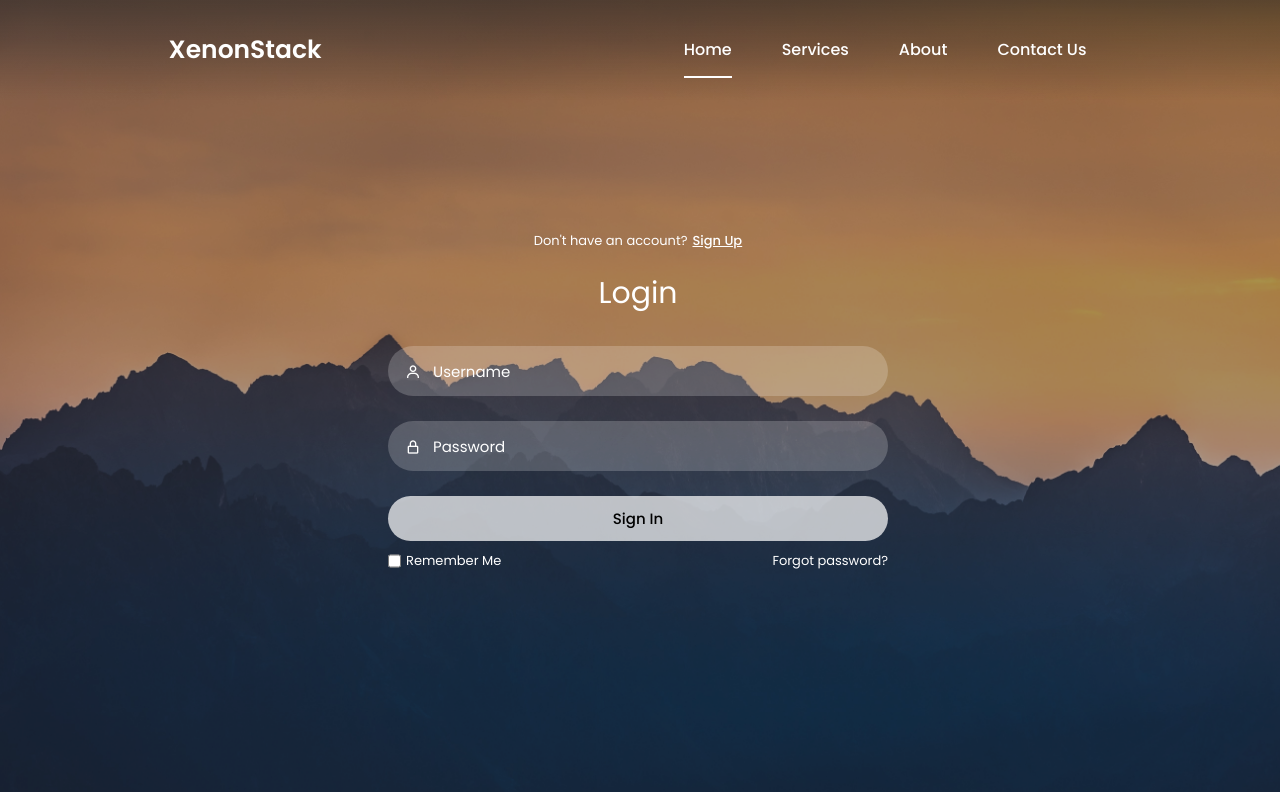
Repository: Abhikumar9061/Round2
Page: index.html
The author's editor kept a copy of each file at every save. The page is drawn from the files as they stood at one save, then again after the next save.
The browser window is 1280 px wide. The pictures show the whole page.
Backgrounds fixed to the window are drawn as part of the page.

Above is the page before, as saved 2024-01-10 12:38:07.

### index.html
<!DOCTYPE html>
<html lang="en">
  <head>
    <meta charset="UTF-8" />
    <meta http-equiv="X-UA-Compatible" content="IE=edge" />
    <meta name="viewport" content="width=device-width, initial-scale=1.0" />
    <link
      href="https://unpkg.com/boxicons@2.1.4/css/boxicons.min.css"
      rel="stylesheet"
    />
    <link rel="stylesheet" href="/style.css" />
    <title>Technical Round | Login & Registration</title>
  </head>
  <body>
    <div class="wrapper">
      <nav class="nav">
        <div class="nav-logo">
          <p>XenonStack</p>
        </div>
        <div class="nav-menu" id="navMenu">
          <ul>
            <li><a href="#" class="link active">Home</a></li>
            <li><a href="#" class="link">Services</a></li>
            <li><a href="#" class="link">About</a></li>
            <li><a href="#" class="link">Contact Us</a></li>
          </ul>
        </div>
        <!-- Rest of the navigation content remains the same -->
      </nav>

      <div class="form-box">
        <div class="login-container" id="login">
          <div class="top">
            <span
              >Don't have an account?
              <a href="#" onclick="register()">Sign Up</a></span
            >
            <header>Login</header>
          </div>
          <form action="/login" method="POST">
            <div class="input-box">
              <input
                type="text"
                class="input-field"
                placeholder="Username"
                name="username"
              />
              <i class="bx bx-user"></i>
            </div>
            <div class="input-box">
              <input
                type="password"
                class="input-field"
                placeholder="Password"
                name="password"
              />
              <i class="bx bx-lock-alt"></i>
            </div>
            <div class="input-box">
              <input type="submit" class="submit" value="Sign In" />
            </div>
          </form>
          <div class="two-col">
            <div class="one">
              <input type="checkbox" id="login-check" />
              <label for="login-check"> Remember Me</label>
            </div>
            <div class="two">
              <label><a href="#">Forgot password?</a></label>
            </div>
          </div>
        </div>

        <div class="register-container" id="register">
          <div class="top">
            <span
              >Have an account? <a href="#" onclick="login()">Login</a></span
            >
            <header>Sign Up</header>
          </div>
          <form action="/register" method="POST">
            <div class="two-forms">
              <div class="input-box">
                <input
                  type="text"
                  class="input-field"
                  placeholder="Firstname"
                  name="firstname"
                />
                <i class="bx bx-user"></i>
              </div>
              <div class="input-box">
                <input
                  type="text"
                  class="input-field"
                  placeholder="Lastname"
                  name="lastname"
                />
                <i class="bx bx-user"></i>
              </div>
            </div>
            <div class="input-box">
              <input
                type="text"
                class="input-field"
                placeholder="Email"
                name="email"
              />
              <i class="bx bx-envelope"></i>
            </div>
            <div class="input-box">
              <input
                type="password"
                class="input-field"
                placeholder="Password"
                name="password"
              />
              <i class="bx bx-lock-alt"></i>
            </div>
            <div class="input-box">
              <input type="submit" class="submit" value="Register" />
            </div>
          </form>
          <div class="two-col">
            <div class="one">
              <input type="checkbox" id="register-check" />
              <label for="register-check"> Remember Me</label>
            </div>
            <div class="two">
              <label><a href="#">Terms & conditions</a></label>
            </div>
          </div>
        </div>
      </div>
    </div>

    <script>
      function myMenuFunction() {
        var i = document.getElementById("navMenu");

        if (i.className === "nav-menu") {
          i.className += " responsive";
        } else {
          i.className = "nav-menu";
        }
      }

      var a = document.getElementById("loginBtn");
      var b = document.getElementById("registerBtn");
      var x = document.getElementById("login");
      var y = document.getElementById("register");

      function login() {
        x.style.left = "4px";
        y.style.right = "-520px";
        a.className += " white-btn";
        b.className = "btn";
        x.style.opacity = 1;
        y.style.opacity = 0;
      }

      function register() {
        x.style.left = "-510px";
        y.style.right = "5px";
        a.className = "btn";
        b.className += " white-btn";
        x.style.opacity = 0;
        y.style.opacity = 1;
      }
    </script>
  </body>
</html>

### style.css
@import url('https://fonts.googleapis.com/css2?family=Poppins:wght@400;500;600;700&display=swap');

*{
    margin: 0;
    padding: 0;
    box-sizing: border-box;
    font-family: 'Poppins', sans-serif;
}
body{
    background: url("images/1.jpg");
    background-size: cover;
    background-repeat: no-repeat;
    background-attachment: fixed;
    overflow: hidden;
}
.wrapper{
    display: flex;
    justify-content: center;
    align-items: center;
    min-height: 110vh;
    background: rgba(39, 39, 39, 0.4);
}
.nav{
    position: fixed;
    top: 0;
    display: flex;
    justify-content: space-around;
    width: 100%;
    height: 100px;
    line-height: 100px;
    background: linear-gradient(rgba(39,39,39, 0.6), transparent);
    z-index: 100;
}
.nav-logo p{
    color: white;
    font-size: 25px;
    font-weight: 600;
}
.nav-menu ul{
    display: flex;
}
.nav-menu ul li{
    list-style-type: none;
}
.nav-menu ul li .link{
    text-decoration: none;
    font-weight: 500;
    color: #fff;
    padding-bottom: 15px;
    margin: 0 25px;
}
.link:hover, .active{
    border-bottom: 2px solid #fff;
}
.nav-button .btn{
    width: 130px;
    height: 40px;
    font-weight: 500;
    background: rgba(255, 255, 255, 0.4);
    border: none;
    border-radius: 30px;
    cursor: pointer;
    transition: .3s ease;
}
.btn:hover{
    background: rgba(255, 255, 255, 0.3);
}
#registerBtn{
    margin-left: 15px;
}
.btn.white-btn{
    background: rgba(255, 255, 255, 0.7);
}
.btn.btn.white-btn:hover{
    background: rgba(255, 255, 255, 0.5);
}
.nav-menu-btn{
    display: none;
}
.form-box{
    position: relative;
    display: flex;
    align-items: center;
    justify-content: center;
    width: 512px;
    height: 420px;
    overflow: hidden;
    z-index: 2;
}
.login-container{
    position: absolute;
    left: 4px;
    width: 500px;
    display: flex;
    flex-direction: column;
    transition: .5s ease-in-out;
}
.register-container{
    position: absolute;
    right: -520px;
    width: 500px;
    display: flex;
    flex-direction: column;
    transition: .5s ease-in-out;
}
.top span{
    color: #fff;
    font-size: small;
    padding: 10px 0;
    display: flex;
    justify-content: center;
}
.top span a{
    font-weight: 500;
    color: #fff;
    margin-left: 5px;
}
header{
    color: #fff;
    font-size: 30px;
    text-align: center;
    padding: 10px 0 30px 0;
}
.two-forms{
    display: flex;
    gap: 10px;
}
.input-field{
    font-size: 15px;
    background: rgba(255, 255, 255, 0.2);
    color: #fff;
    height: 50px;
    width: 100%;
    padding: 0 10px 0 45px;
    border: none;
    border-radius: 30px;
    outline: none;
    transition: .2s ease;
}
.input-field:hover, .input-field:focus{
    background: rgba(255, 255, 255, 0.25);
}
::-webkit-input-placeholder{
    color: #fff;
}
.input-box i{
    position: relative;
    top: -35px;
    left: 17px;
    color: #fff;
}
.submit{
    font-size: 15px;
    font-weight: 500;
    color: black;
    height: 45px;
    width: 100%;
    border: none;
    border-radius: 30px;
    outline: none;
    background: rgba(255, 255, 255, 0.7);
    cursor: pointer;
    transition: .3s ease-in-out;
}
.submit:hover{
    background: rgba(255, 255, 255, 0.5);
    box-shadow: 1px 5px 7px 1px rgba(0, 0, 0, 0.2);
}
.two-col{
    display: flex;
    justify-content: space-between;
    color: #fff;
    font-size: small;
    margin-top: 10px;
}
.two-col .one{
    display: flex;
    gap: 5px;
}
.two label a{
    text-decoration: none;
    color: #fff;
}
.two label a:hover{
    text-decoration: underline;
}
@media only screen and (max-width: 786px){
    .nav-button{
        display: none;
    }
    .nav-menu.responsive{
        top: 100px;
    }
    .nav-menu{
        position: absolute;
        top: -800px;
        display: flex;
        justify-content: center;
        background: rgba(255, 255, 255, 0.2);
        width: 100%;
        height: 90vh;
        backdrop-filter: blur(20px);
        transition: .3s;
    }
    .nav-menu ul{
        flex-direction: column;
        text-align: center;
    }
    .nav-menu-btn{
        display: block;
    }
    .nav-menu-btn i{
        font-size: 25px;
        color: #fff;
        padding: 10px;
        background: rgba(255, 255, 255, 0.2);
        border-radius: 50%;
        cursor: pointer;
        transition: .3s;
    }
    .nav-menu-btn i:hover{
        background: rgba(255, 255, 255, 0.15);
    }
}
@media only screen and (max-width: 540px) {
    .wrapper{
        min-height: 100vh;
    }
    .form-box{
        width: 100%;
        height: 500px;
    }
    .register-container, .login-container{
        width: 100%;
        padding: 0 20px;
    }
    .register-container .two-forms{
        flex-direction: column;
        gap: 0;
    }
}

After the next save:
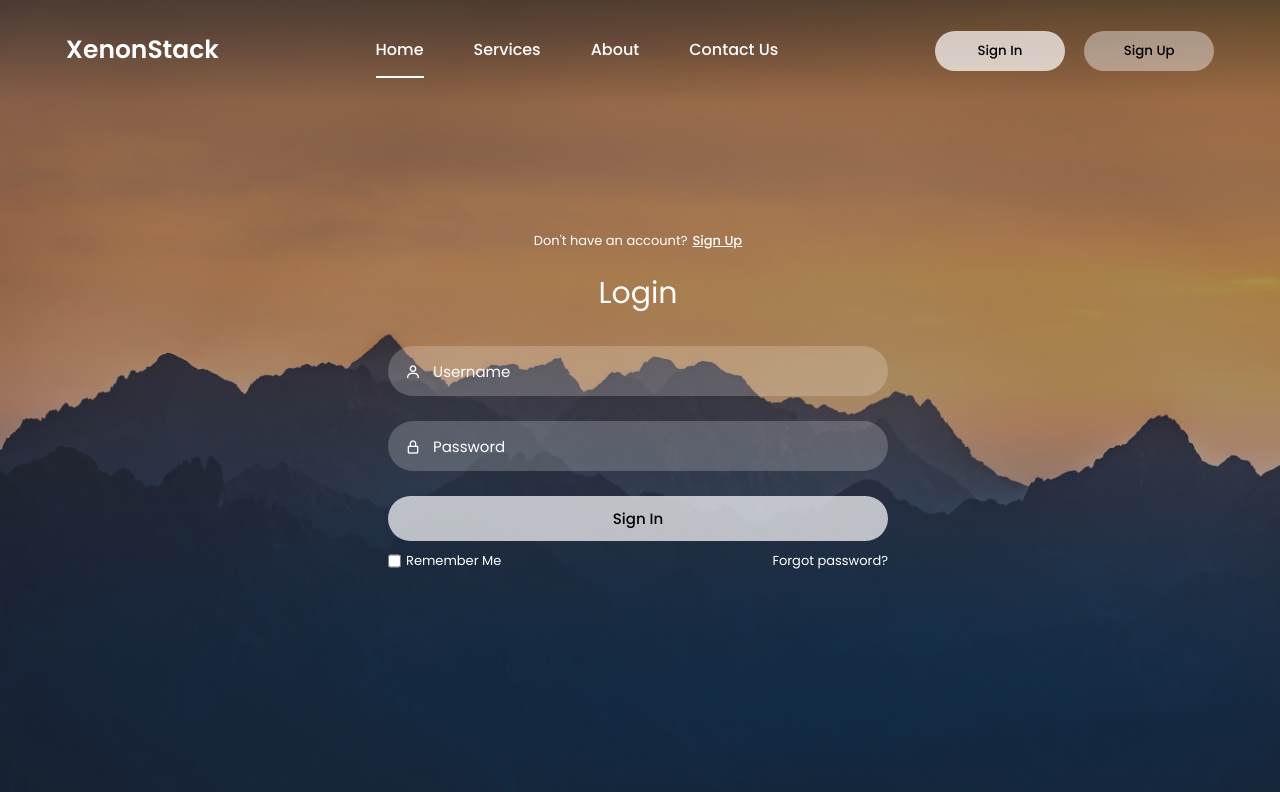
Saved 23 s later.
--- a/index.html
+++ b/index.html
@@ -25,7 +25,17 @@
             <li><a href="#" class="link">Contact Us</a></li>
           </ul>
         </div>
-        <!-- Rest of the navigation content remains the same -->
+        <div class="nav-button">
+          <button class="btn white-btn" id="loginBtn" onclick="login()">
+            Sign In
+          </button>
+          <button class="btn" id="registerBtn" onclick="register()">
+            Sign Up
+          </button>
+        </div>
+        <div class="nav-menu-btn">
+          <i class="bx bx-menu" onclick="myMenuFunction()"></i>
+        </div>
       </nav>
 
       <div class="form-box">
